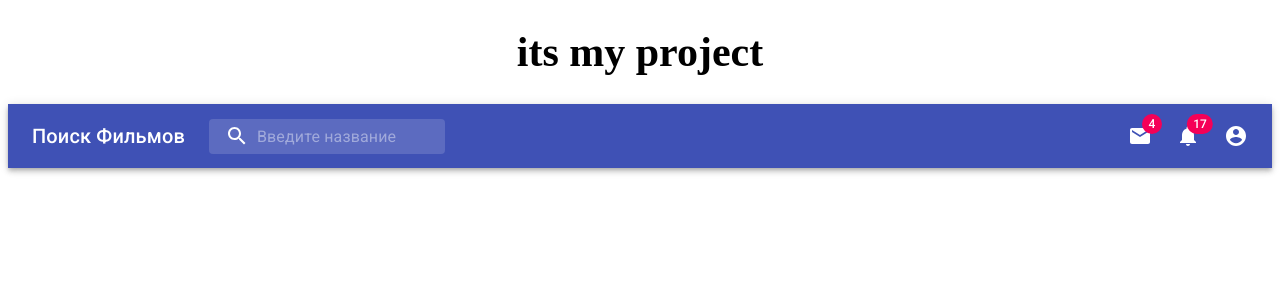
Repository: Hansol46/Films-archive
Page: /
An editor plug-in stored every save of this project. The page is shown before and after the next save, followed by the edit.
The browser window is 1280 px wide. The pictures show the whole page.
The page's requests for data from a server got no answer. The project was rebuilt for these pictures with package versions that can differ from the ones it lists, and the page was loaded fresh each time. No one was signed in, and anything a server would have sent is missing. Also part of the build but not shown: webpack.config.js.

Above is the page before, as saved 2020-09-25 01:14:04.

After the next save:
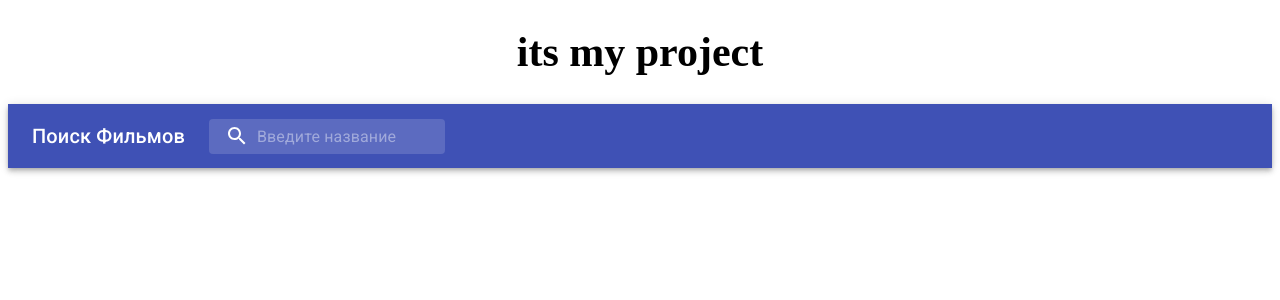
Saved 23 s later.
--- a/src/components/material/nav.js
+++ b/src/components/material/nav.js
@@ -191,7 +191,7 @@ export default function PrimarySearchAppBar() {
           </div>
           <div className={classes.grow} />
           <div className={classes.sectionDesktop}>
-            <IconButton aria-label="show 4 new mails" color="inherit">
+            {/* <IconButton aria-label="show 4 new mails" color="inherit">
               <Badge badgeContent={4} color="secondary">
                 <MailIcon />
               </Badge>
@@ -221,7 +221,7 @@ export default function PrimarySearchAppBar() {
               color="inherit"
             >
               <MoreIcon />
-            </IconButton>
+            </IconButton> */}
           </div>
         </Toolbar>
       </AppBar>
